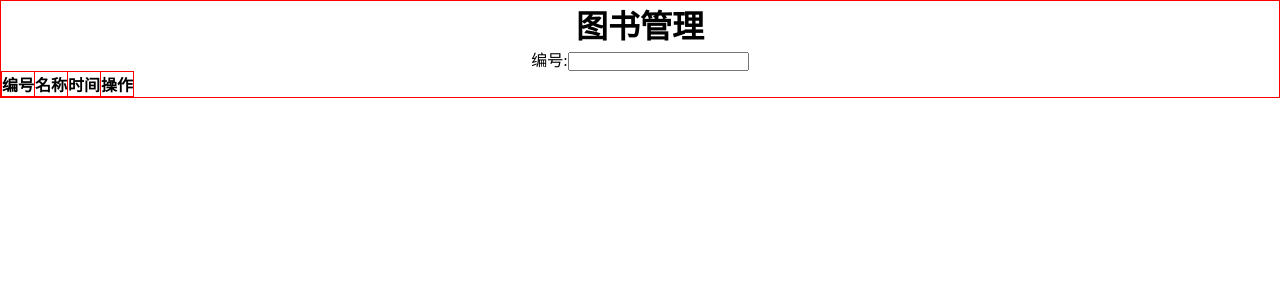
Repository: chenguocan/Vue_demo_1
Page: vue_demo_03/图书管理.html
These files come from the project's save history. The page is drawn as it stood at one moment and after the next save; the edit follows.
The browser window is 1280 px wide. The pictures show the whole page.

Above is the page before, as saved 2020-07-21 16:01:51.

### vue_demo_03/图书管理.html
<!DOCTYPE html>
<html lang="en">
  <head>
    <meta charset="UTF-8" />
    <meta name="viewport" content="width=device-width, initial-scale=1.0" />
    <title>Document</title>
    <style>
      * {
        margin: 0;
        padding: 0;
        box-sizing: border-box;
      }
      .book {
        border: 1px solid red;
        text-align: center;
      }
      table {
        border-collapse: collapse;
      }
      th {
        border: 1px solid red;
        border-collapse: collapse;
      }
    </style>
  </head>
  <body>
    <div class="book">
      <h1>图书管理</h1>
      <table>
        <tr>
          编号:<input type="text" />
        </tr>
      </table>
      <table>
        <thead>
          <tr>
            <th>编号</th>
            <th>名称</th>
            <th>时间</th>
            <th>操作</th>
          </tr>
        </thead>
      </table>
    </div>
  </body>
  <script src="./js/vue.js"></script>
</html>

Loaded but not shown: vue_demo_03/js/vue.js (library)

After the next save:
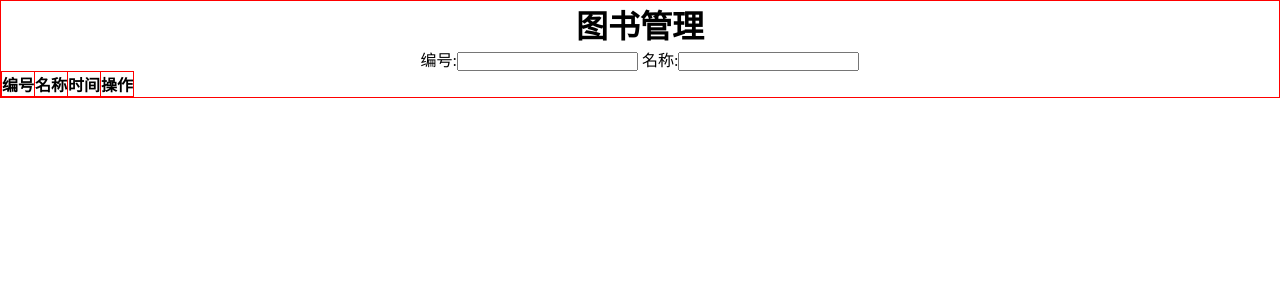
Saved 13 s later.
--- a/vue_demo_03/图书管理.html
+++ b/vue_demo_03/图书管理.html
@@ -29,6 +29,7 @@
       <table>
         <tr>
           编号:<input type="text" />
+          名称:<input type="text" />
         </tr>
       </table>
       <table>
